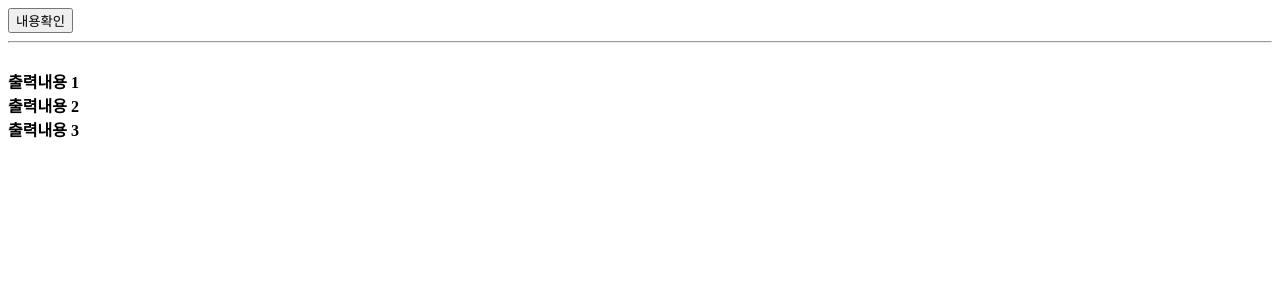
Repository: KYJIN1024/kic_jquery
Page: http://localhost/JQueryEx01/jquery29.jsp
These files come from the project's save history. The page is drawn as it stood at one moment and after the next save; the edit follows.
The browser window is 1280 px wide. The pictures show the whole page.
The page is served by Tomcat 9.

Above is the page before, as saved 2023-05-16 02:25:30.

After the next save:
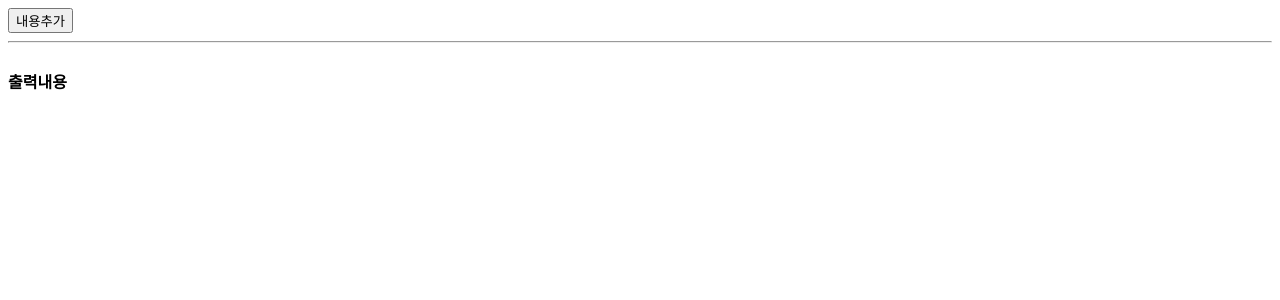
Console error: SyntaxError: missing ) after argument list
Saved 28 min 36 s later.
--- a/JQueryEx01/src/main/webapp/jquery29.jsp
+++ b/JQueryEx01/src/main/webapp/jquery29.jsp
@@ -8,26 +8,24 @@
 
 <script src="https://ajax.googleapis.com/ajax/libs/jquery/3.6.4/jquery.min.js"></script>
 <script>
+	$(document).ready(function(){
+		document.getElementByID('btn').onclick = function() {
+			// $('태그') - selector
+			// $('html 내용') - 생성
 
-	$( document ).ready( function() {
-		document.getElementById('btn1').onclick = function() {
-			// 집합적 적용
-			//$('div').html('<i>새로운 결과</i>');
+			$('<i>Hello jQuery</i>').appendTo('#result');
+		}
+	}
 
-			$('div').html(function(index){
-				return '<i>새로운 결과' + index + '</i>'
-			});
-		};
-	});
+
 
 </script>
 </head>
 <body>
-	<button id="btn1">내용확인</button>
+	<button id="btn1">내용추가</button>
 	<br /> <hr /> <br />
-	<div><b>출력내용 1</b></div>
-	<div><b>출력내용 2</b></div>
-	<div><b>출력내용 3</b></div>
+	<div id="result"><b>출력내용</b></div>
+
 
 </body>
 </html>
